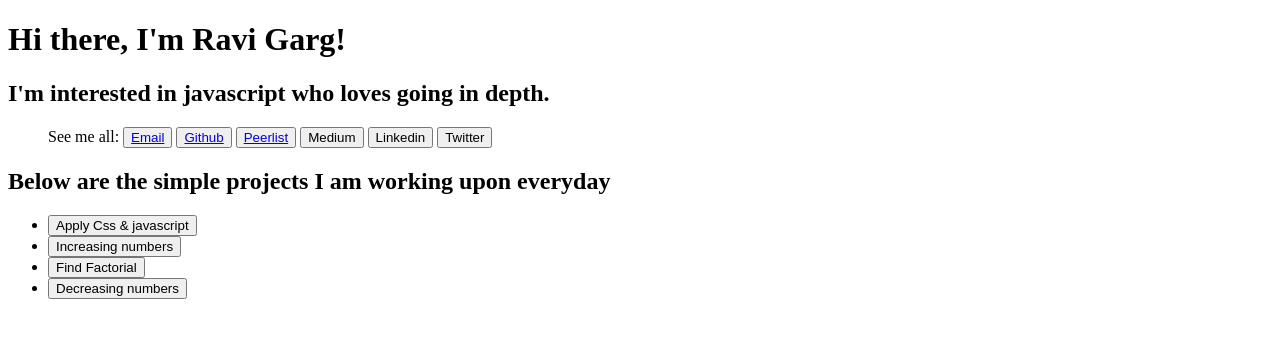
Repository: ravigarg001/musafir
Page: index.html
These files come from the project's save history. The page is drawn as it stood at one moment and after the next save; the edit follows.
The browser window is 1280 px wide. The pictures show the whole page.

Above is the page before, as saved 2022-05-02 09:28:30.

### index.html
<!DOCTYPE html>
<html>
<head>
<title>Ravi Garg</title>
<!-- <link href="index.css" rel="stylesheet" type="text/css"></link> -->
<script src="index.js"></script>
</head>

<body>
<div class="about" >
    <h1>Hi there, I'm Ravi Garg!</h1>
    <h2>I'm interested in javascript who loves going in depth.</h2>
    <!-- <p> <a id="more" href="/about">Read more about my life...</a></p> -->
</div>

<footer>
<ul>
<label>See me all: </label>
  <button><a href="mailto:ravigarg.connect@gmail.com">Email</a></button>
  <button><a href="https://github.com/ravigarg001" target="_blank">Github</a></button>
  <button><a href="https://peerlist.io/ravigarg" target="_blank">Peerlist</a></button>
  <button><a>Medium</a></button>
  <button><a>Linkedin</a></button>
  <button><a>Twitter</a></button><br>
</ul>
</footer>
<h2>Below are the simple projects I am working upon everyday</h2>
<ul class="projects">
  <li><button class="cssAdder" onclick="addCssAndJs()">Apply Css & javascript</button></li>
  <li><button onclick="inputNumber1()">Increasing numbers </button></li>
  <li><button onclick="inputNumber()">Find Factorial</button></li>
  <li><button onclick="inputNumber2()">Decreasing numbers</button></li>
</ul>
</footer>

</body>
<!-- <script src="Recursion/recursiveFactorial.js"></script> -->
<!-- <script src="Recursion/increasing_order.js"></script> -->

</html>

### index.js
function addCssAndJs(){
    let link = document.createElement('link');
    link.rel = 'stylesheet';
    link.type = 'text/css';
    link.href = 'index.css';
    document.head.appendChild(link);

    function addNewJsFile(fileLocation){
        let script = document.createElement('script');
        document.head.appendChild(script);
        script.src = fileLocation;
    }

    addNewJsFile('Recursion/decreasing_order.js');
    addNewJsFile('Recursion/increasing_order.js');
    addNewJsFile('Recursion/recursiveFactorial.js');

}
/*1. call addNewJsFile(put location of the js file here) */

After the next save:
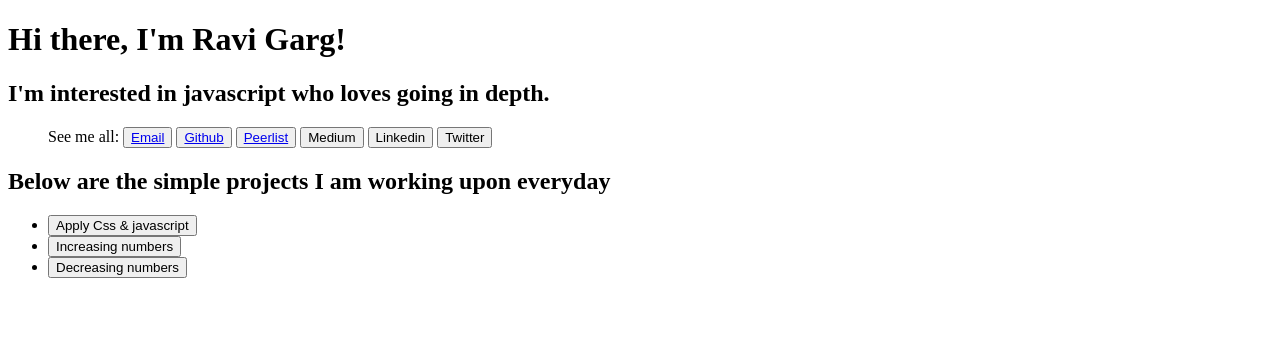
Saved 67 s later.
--- a/index.html
+++ b/index.html
@@ -28,7 +28,6 @@
 <ul class="projects">
   <li><button class="cssAdder" onclick="addCssAndJs()">Apply Css & javascript</button></li>
   <li><button onclick="inputNumber1()">Increasing numbers </button></li>
-  <li><button onclick="inputNumber()">Find Factorial</button></li>
   <li><button onclick="inputNumber2()">Decreasing numbers</button></li>
 </ul>
 </footer>
